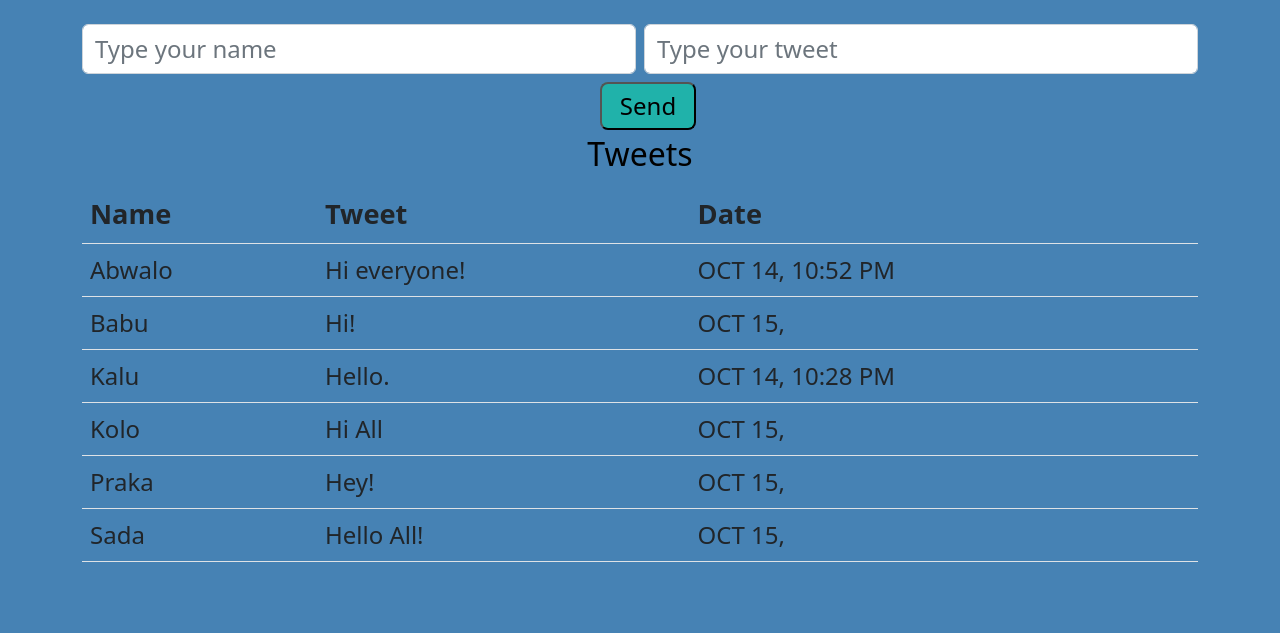
Repository: ShindanoSingi/poor-man-tweeter
Page: http://localhost/
These files come from the project's save history. The page is drawn as it stood at one moment and after the next save; the edit follows.
The browser window is 1280 px wide. The pictures show the whole page.
Some web libraries are served in a nearby version. The page is served by the project's application, run on Django 4.2 (poormantweeter/manage.py). The page reads the database file committed with the project.

Above is the page before, as saved 2022-10-14 20:16:52.

After the next save:
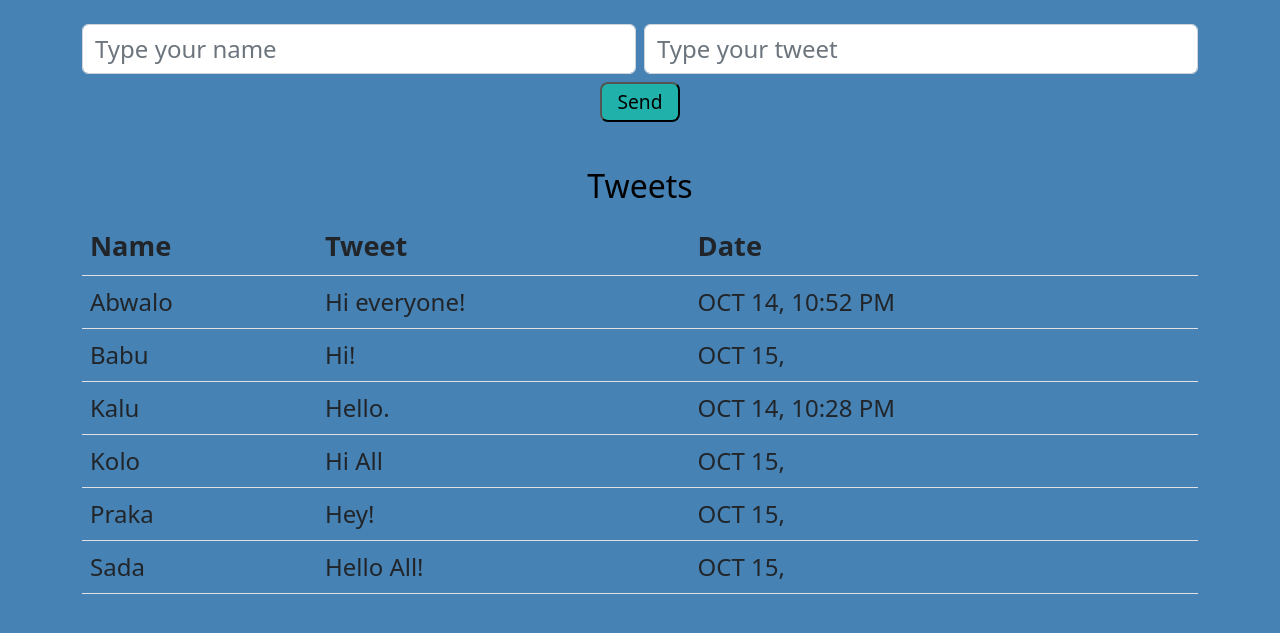
Saved 47 s later.
--- a/poormantweeter/poormantweeterapp/templates/poormantweeterapp/index.html
+++ b/poormantweeter/poormantweeterapp/templates/poormantweeterapp/index.html
@@ -355,13 +355,14 @@
     }
 
   {% comment %} The send button {% endcomment %}
-    .send-button{
+    .send-button, .submit-button{
       width: 5rem;
       height: 2.5rem;
       border-radius: 0.5rem;
       background-color: lightseagreen;
       font-size: 1.2rem;
       margin: 0 auto;
+      margin-bottom: 2rem;
     }
 
   {% comment %} The place holder text {% endcomment %}
